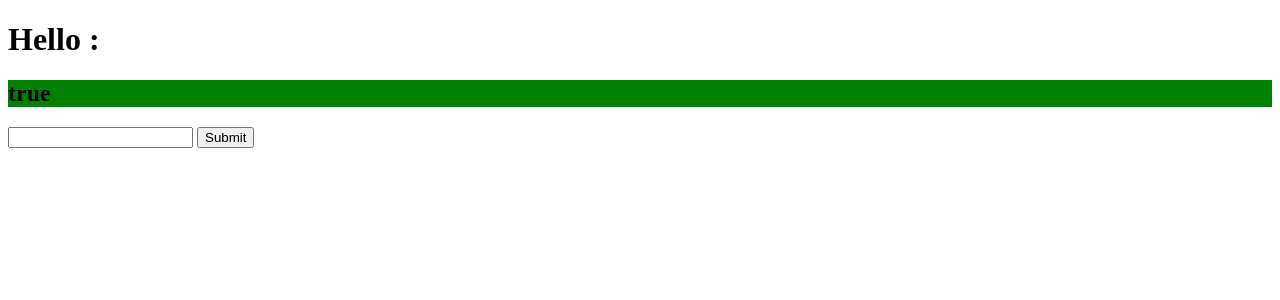
Repository: imrangthub/BlogUsingCoreJava
Page: http://localhost/StartingJsp_00/ExpressionLanguageOfJsp/templateText.jsp
These files come from the project's save history. The page is drawn as it stood at one moment and after the next save; the edit follows.
The browser window is 1280 px wide. The pictures show the whole page.
The page is served by Tomcat 9.

Above is the page before, as saved 2016-12-26 10:41:39.

### StartingJsp_00/WebContent/ExpressionLanguageOfJsp/templateText.jsp
<%@ page language="java" contentType="text/html; charset=ISO-8859-1"
    pageEncoding="ISO-8859-1"%>
<!DOCTYPE html PUBLIC "-//W3C//DTD HTML 4.01 Transitional//EN" "http://www.w3.org/TR/html4/loose.dtd">
<html>
<head>
<meta http-equiv="Content-Type" content="text/html; charset=ISO-8859-1">
<title>Template Text</title>
</head>
<body>



<h1>Hello : ${param['userName'] }</h1>

<h2 style="background-color: green;">${empty param.userName}</h2>

<form action="templateText.jsp" method="post">

<input type="text" name="userName"/>
<input type="submit"/>

</form>




</body>
</html>

After the next save:
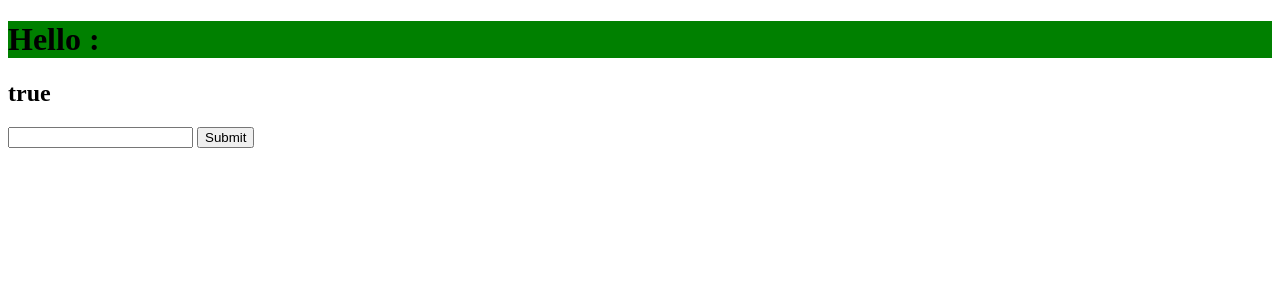
Saved 21 s later.
--- a/StartingJsp_00/WebContent/ExpressionLanguageOfJsp/templateText.jsp
+++ b/StartingJsp_00/WebContent/ExpressionLanguageOfJsp/templateText.jsp
@@ -10,9 +10,9 @@
 
 
 
-<h1>Hello : ${param['userName'] }</h1>
+<h1  style="background-color: green;">Hello : ${param['userName'] }</h1>
 
-<h2 style="background-color: green;">${empty param.userName}</h2>
+<h2>${empty param.userName}</h2>
 
 <form action="templateText.jsp" method="post">
 
